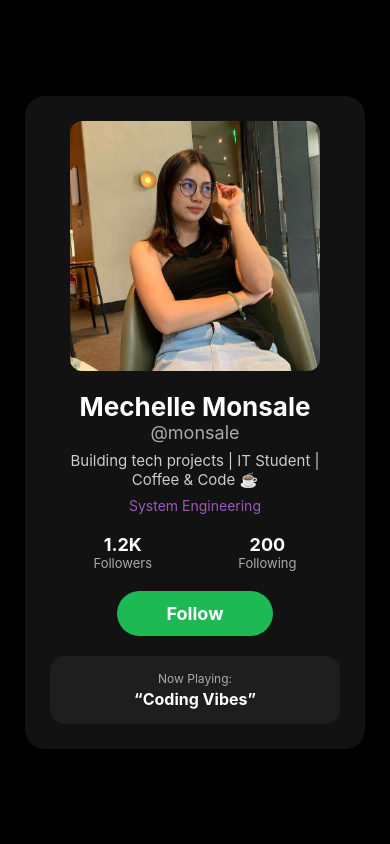
Repository: chelloraine/ProfileCard
Screen: /
These files come from the project's save history. The screen is drawn as it stood at one moment and after the next save; the edit follows.
The app was drawn by React Native's web renderer in a window 390 px wide. The project was rebuilt for these pictures with package versions that can differ from the ones it lists, and the page was loaded fresh each time.

Above is the screen before, as saved 2025-08-31 23:25:37.

### App.tsx
import React from "react";
import { SafeAreaView, StyleSheet } from "react-native";
import ProfileCard from "./profileCard";

export default function App() {
  return (
    <SafeAreaView style={styles.container}>
      <ProfileCard />
    </SafeAreaView>
  );
}

const styles = StyleSheet.create({
  container: {
    flex: 1,
    backgroundColor: "#000", // dark Spotify vibe
    justifyContent: "center", // center vertically
    alignItems: "center",     // center horizontally
  },
});

### profileCard.js
import React, { useState } from "react";
import { View, Text, StyleSheet, Image, TouchableOpacity } from "react-native";

export default function ProfileCard() {
  const [following, setFollowing] = useState(false);

  const toggleFollow = () => setFollowing(!following);

  return (
    <View style={styles.card}>
      {/* Square profile image */}
      <Image
        source={require("./resources/profile.jpg")} // Change to your image path
        style={styles.squareImage}
      />

      {/* Profile Info */}
      <View style={styles.info}>
        <Text style={styles.name}>Mechelle Monsale</Text>
        <Text style={styles.username}>@monsale</Text>
        <Text style={styles.bio}>
          Building tech projects | IT Student | Coffee & Code ☕
        </Text>
        <Text style={styles.course}> System Engineering </Text>
      </View>

      {/* Followers / Following */}
      <View style={styles.stats}>
        <View style={styles.stat}>
          <Text style={styles.statNumber}>1.2K</Text>
          <Text style={styles.statLabel}>Followers</Text>
        </View>
        <View style={styles.stat}>
          <Text style={styles.statNumber}>200</Text>
          <Text style={styles.statLabel}>Following</Text>
        </View>
      </View>

      {/* Follow Button */}
      <TouchableOpacity
        style={[styles.followButton, following && styles.followingButton]}
        onPress={toggleFollow}
      >
        <Text style={styles.followText}>
          {following ? "Following" : "Follow"}
        </Text>
      </TouchableOpacity>

      {/* Music Player Placeholder */}
      <View style={styles.musicPlayer}>
        <Text style={styles.songTitle}>Now Playing:</Text>
        <Text style={styles.songName}>“Coding Vibes”</Text>
      </View>
    </View>
  );
}

const styles = StyleSheet.create({
  card: {
    backgroundColor: "#121212",
    borderRadius: 20,
    padding: 25,
    alignItems: "center",
    shadowColor: "#000",
    shadowOpacity: 0.5,
    shadowRadius: 12,
    shadowOffset: { width: 0, height: 6 },
    width: 340,
  },
  squareImage: {
    width: 250,
    height: 250,
    borderRadius: 12,
    marginBottom: 20,
  },
  info: {
    alignItems: "center",
    marginBottom: 20,
  },
  name: {
    fontSize: 26,
    fontWeight: "bold",
    color: "#fff",
  },
  username: {
    fontSize: 18,
    color: "#aaa",
    marginBottom: 8,
  },
  bio: {
    fontSize: 15,
    color: "#ccc",
    textAlign: "center",
    paddingHorizontal: 15,
    marginBottom: 6,
  },
  course: {
    fontSize: 14,
    color: "#9b59b6",
    textAlign: "center",
    marginTop: 2,
  },
  stats: {
    flexDirection: "row",
    justifyContent: "space-between",
    width: "70%",
    marginBottom: 20,
  },
  stat: {
    alignItems: "center",
  },
  statNumber: {
    fontSize: 18,
    fontWeight: "bold",
    color: "#fff",
  },
  statLabel: {
    fontSize: 13,
    color: "#aaa",
  },
  followButton: {
    backgroundColor: "#1DB954",
    paddingVertical: 12,
    paddingHorizontal: 50,
    borderRadius: 25,
    marginBottom: 20,
  },
  followingButton: {
    backgroundColor: "#555",
  },
  followText: {
    color: "#fff",
    fontSize: 18,
    fontWeight: "bold",
  },
  musicPlayer: {
    backgroundColor: "#1e1e1e",
    padding: 15,
    borderRadius: 15,
    width: "100%",
    alignItems: "center",
  },
  songTitle: {
    color: "#aaa",
    fontSize: 12,
    marginBottom: 3,
  },
  songName: {
    color: "#fff",
    fontSize: 16,
    fontWeight: "bold",
  },
});

After the next save:
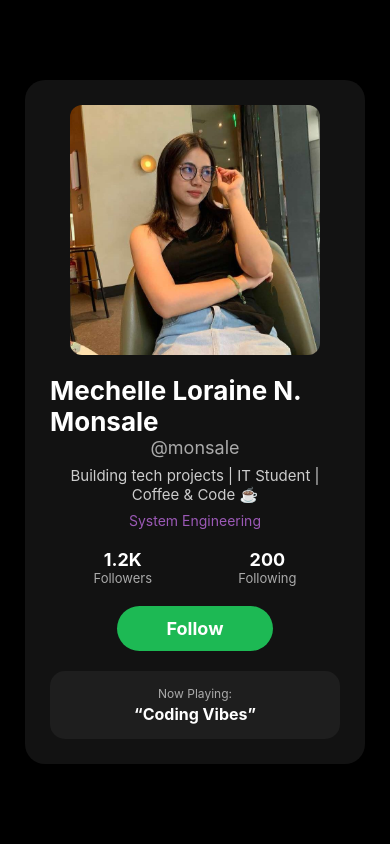
Saved 9 s later.
--- a/profileCard.js
+++ b/profileCard.js
@@ -16,7 +16,7 @@
 
       {/* Profile Info */}
       <View style={styles.info}>
-        <Text style={styles.name}>Mechelle Monsale</Text>
+        <Text style={styles.name}>Mechelle Loraine N. Monsale</Text>
         <Text style={styles.username}>@monsale</Text>
         <Text style={styles.bio}>
           Building tech projects | IT Student | Coffee & Code ☕

After the save that followed:
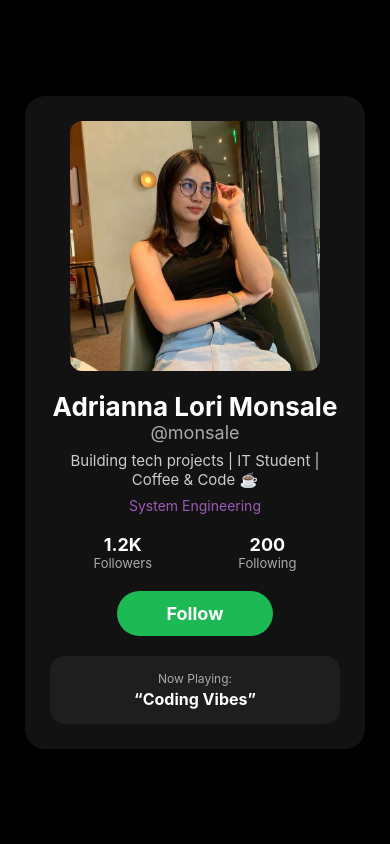
Saved 16 s later.
--- a/profileCard.js
+++ b/profileCard.js
@@ -16,7 +16,7 @@
 
       {/* Profile Info */}
       <View style={styles.info}>
-        <Text style={styles.name}>Mechelle Loraine N. Monsale</Text>
+        <Text style={styles.name}>Adrianna Lori Monsale</Text>
         <Text style={styles.username}>@monsale</Text>
         <Text style={styles.bio}>
           Building tech projects | IT Student | Coffee & Code ☕
